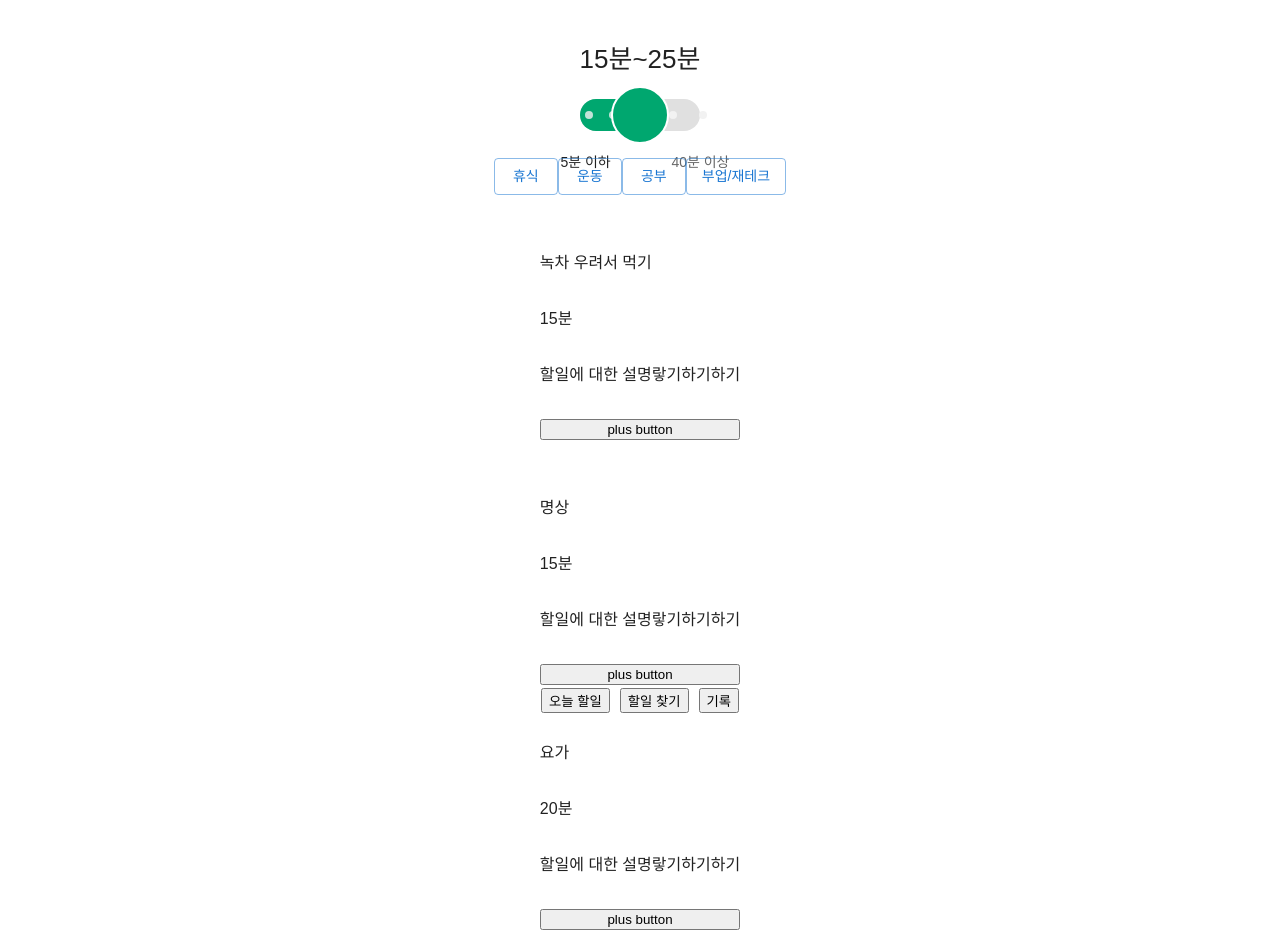
Repository: Tickley-Team/Tickley
Page: /todos/find
An editor plug-in stored every save of this project. The page is shown before and after the next save, followed by the edit.
The browser window is 1280 px wide. The pictures show the whole page.
The project was rebuilt for these pictures with package versions that can differ from the ones it lists, and the page was loaded fresh each time. Also part of the build but not shown: vite.config.ts, src/stores/timeLeftStore.ts, src/components/BasicDialog.tsx, src/pages/Todos.tsx, src/components/Button.tsx, src/pages/SurveySpareTime/index.tsx, src/pages/Home.tsx, src/hooks/useOnboarding.ts and 7 more.

Above is the page before, as saved 2024-12-09 17:56:40.

After the next save:
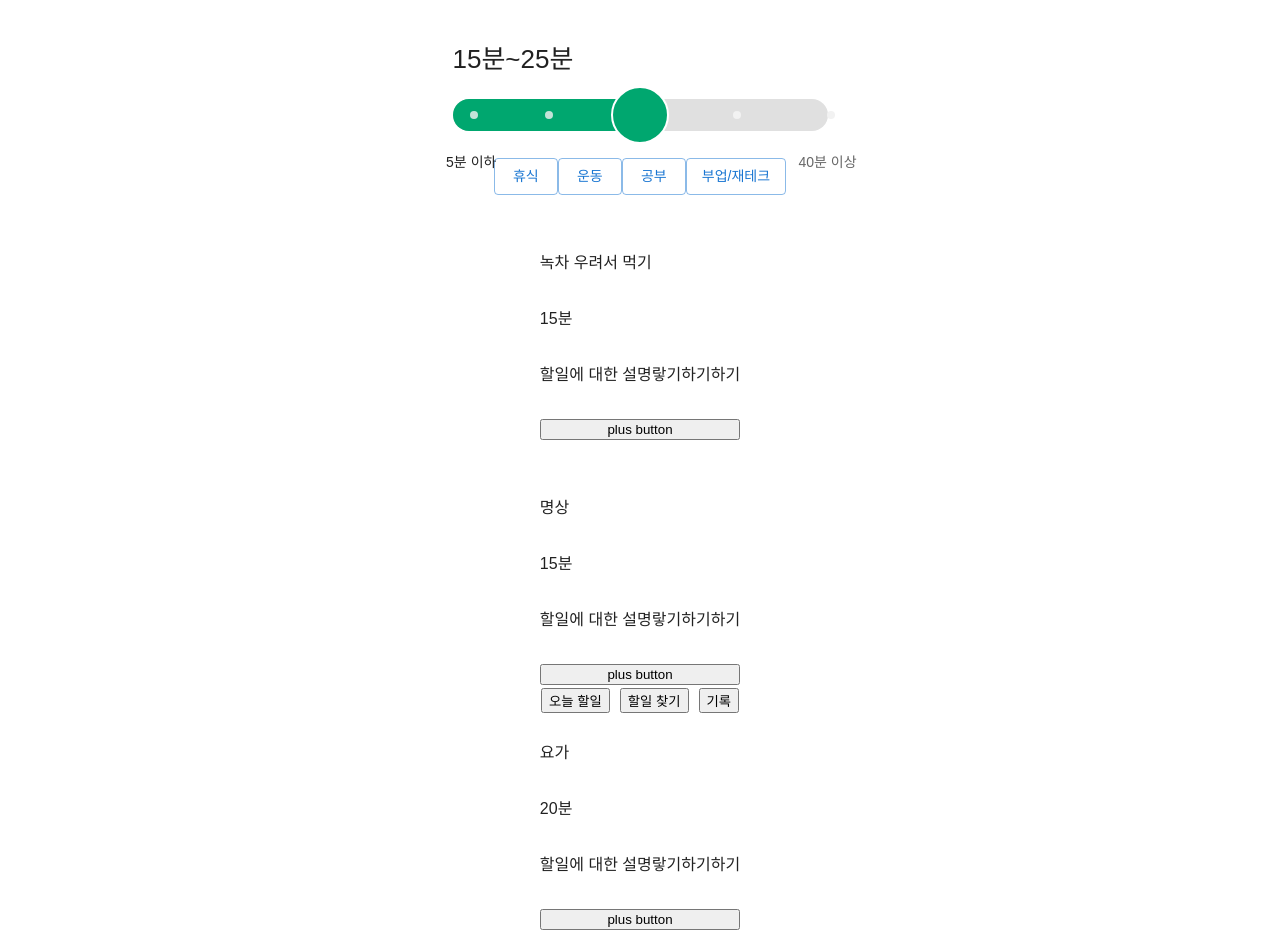
Saved 17 s later.
--- a/src/pages/TodosFind.tsx
+++ b/src/pages/TodosFind.tsx
@@ -33,7 +33,7 @@
   }
   return (
     <MobileLayout>
-      <div style={{ position: 'relative', marginTop: '40px' }}>
+      <div style={{ position: 'relative', marginTop: '40px', width: '100%' }}>
         <RangeSlider style={{ width: '100%' }} />
       </div>
       <CategoryBar categoryNames={categoryNames} onClick={setCategoryName} />
